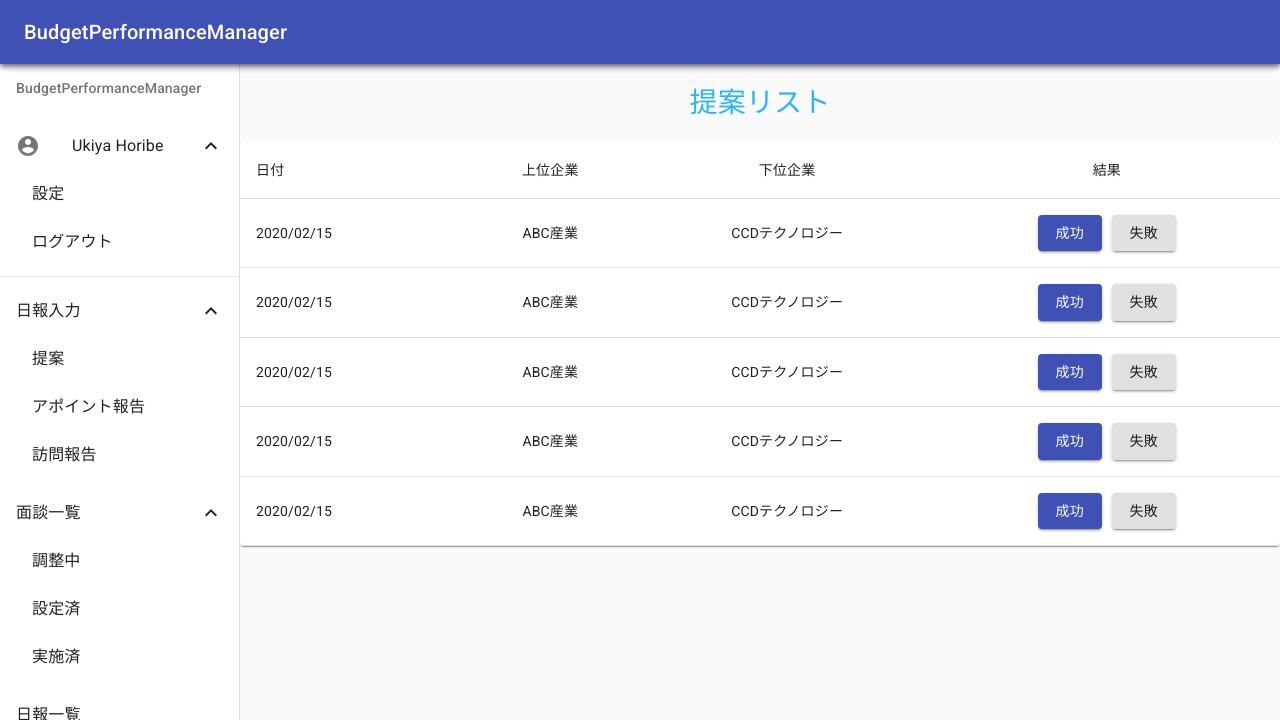
Repository: ukiyah/test
Page: /table2 (app in src/)
These files come from the project's save history. The page is drawn as it stood at one moment and after the next save; the edit follows.
The browser window is 1280 px wide. The pictures show the whole page.
The project was rebuilt for these pictures with package versions that can differ from the ones it lists, and the page was loaded fresh each time. Also part of the build but not shown: src/Title.js, src/Chart.js, src/Deposits.js, src/Orders.js, src/Dashboard.js.

Above is the page before, as saved 2020-02-25 16:08:29.

### src/index.css
body {
  margin: 0;
  font-family: -apple-system, BlinkMacSystemFont, 'Segoe UI', 'Roboto', 'Oxygen',
    'Ubuntu', 'Cantarell', 'Fira Sans', 'Droid Sans', 'Helvetica Neue',
    sans-serif;
  -webkit-font-smoothing: antialiased;
  -moz-osx-font-smoothing: grayscale;
}

code {
  font-family: source-code-pro, Menlo, Monaco, Consolas, 'Courier New',
    monospace;
}

.button {
  color: #000;
}

h1 {
  text-align: center;
  color:#29B6F6;
  font-weight: normal;
}

### src/App.js
import React from 'react';
import 'typeface-roboto';
import {
  BrowserRouter,
  Route
} from "react-router-dom";
import Table2 from "./Table2";
import Dashboard from "./Dashboard";


class App extends React.Component{

  render() {
    return (
      <div>

        <BrowserRouter>
          <div>
            <Route exact path="/" component={Dashboard} />
            <Route path="/table2" component={Table2} />
          </div>
        </BrowserRouter>
        {/* <ClippedDrawer /> */}
      </div>
    );
  }

}

export default App;

### src/Table2.js
import React from 'react';
import clsx from 'clsx';
import { makeStyles } from '@material-ui/core/styles';
import CssBaseline from '@material-ui/core/CssBaseline';
import Box from '@material-ui/core/Box';

import Typography from '@material-ui/core/Typography';

import Container from '@material-ui/core/Container';
import Grid from '@material-ui/core/Grid';
import Paper from '@material-ui/core/Paper';
import Link from '@material-ui/core/Link';
import Chart from './Chart';
import Deposits from './Deposits';
import Orders from './Orders';
import InfoIcon from '@material-ui/icons/Info';
import WarningIcon from '@material-ui/icons/Warning';
import HelpIcon from '@material-ui/icons/Help';
import { yellow } from '@material-ui/core/colors';
import Drawer from "./Drawer";
import Table from "./Table";



const drawerWidth = 240;

const useStyles = makeStyles(theme => ({
  root: {
    display: 'flex',
  },








  appBarSpacer: theme.mixins.toolbar,
  content: {
    flexGrow: 1,
    height: '100vh',
    overflow: 'auto',
  },


}));

export default function Dashboard() {
  const classes = useStyles();

  return (
    <div className={classes.root}>
      <CssBaseline />
      <Drawer />
      <main className={classes.content}>
        <div className={classes.appBarSpacer} />
        <h1>提案リスト</h1>
        <Table />
      </main>
    </div>
  );
}

### src/Drawer.js
import React from 'react';
import { makeStyles } from '@material-ui/core/styles';
import Drawer from '@material-ui/core/Drawer';
import AppBar from '@material-ui/core/AppBar';
import CssBaseline from '@material-ui/core/CssBaseline';
import Toolbar from '@material-ui/core/Toolbar';
import Typography from '@material-ui/core/Typography';
import SimpleTable from "./Table";
import NestedList from "./NestedList";
const drawerWidth = 240;

const useStyles = makeStyles(theme => ({
  root: {
    display: 'flex',
  },
  appBar: {
    zIndex: theme.zIndex.drawer + 1,
  },
  drawer: {
    width: drawerWidth,
    flexShrink: 0,
  },
  drawerPaper: {
    width: drawerWidth,
  },
  content: {
    flexGrow: 1,
    padding: theme.spacing(3),
  },
  toolbar: theme.mixins.toolbar,
}));

export default function ClippedDrawer() {
  const classes = useStyles();

  return (
    <div className={classes.root}>
      <CssBaseline />
      <AppBar position="fixed" className={classes.appBar}>
        <Toolbar>
          <Typography variant="h6" noWrap>
            BudgetPerformanceManager
          </Typography>
        </Toolbar>
      </AppBar>
      <Drawer
        className={classes.drawer}
        variant="permanent"
        classes={{
          paper: classes.drawerPaper,
        }}
      >
        <div className={classes.toolbar} />
        <NestedList />
      </Drawer>

    </div>
  );
}

### src/Table.js
import React from 'react';
import { makeStyles } from '@material-ui/core/styles';
import Table from '@material-ui/core/Table';
import TableBody from '@material-ui/core/TableBody';
import TableCell from '@material-ui/core/TableCell';
import TableContainer from '@material-ui/core/TableContainer';
import TableHead from '@material-ui/core/TableHead';
import TableRow from '@material-ui/core/TableRow';
import Paper from '@material-ui/core/Paper';
import ContainedButtons from "./Button";
import Button from '@material-ui/core/Button';
import Drawer from "./Drawer";

const useStyles = makeStyles({
  table: {
    minWidth: 650,
  },
});

function createData(name, calories, fat) {
  return { name, calories, fat};
}

const rows = [
  createData('2020/02/15', 'ABC産業', 'CCDテクノロジー'),
  createData('2020/02/15', 'ABC産業', 'CCDテクノロジー'),
  createData('2020/02/15', 'ABC産業', 'CCDテクノロジー'),
  createData('2020/02/15', 'ABC産業', 'CCDテクノロジー'),
  createData('2020/02/15', 'ABC産業', 'CCDテクノロジー'),
];

export default function SimpleTable() {
  const classes = useStyles();

  return (
    <div>
      <Drawer />
      <TableContainer component={Paper}>
        <Table className={classes.table} aria-label="simple table">
          <TableHead>
            <TableRow>
              <TableCell>日付</TableCell>
              <TableCell align="center">上位企業</TableCell>
              <TableCell align="center">下位企業</TableCell>
              <TableCell align="center">結果</TableCell>
            </TableRow>
          </TableHead>
          <TableBody>
            {rows.map(row => (
              <TableRow key={row.name}>
                <TableCell component="th" scope="row">
                  {row.name}
                </TableCell>
                <TableCell align="center">{row.calories}</TableCell>
                <TableCell align="center">{row.fat}</TableCell>

                <TableCell align="center">
                  <ContainedButtons name="成功"></ContainedButtons>
                  {/* <Button className="button" variant="contained" color="primary" variant="contained" color="primary" disableElevation>成功</Button> */}
                  <Button variant="contained" style={{marginLeft: 10}}>失敗</Button>
                </TableCell>
              </TableRow>
            ))}
          </TableBody>
        </Table>
      </TableContainer>
    </div>

  );
}

### src/Button.js
import React from 'react';
import { makeStyles } from '@material-ui/core/styles';
import Button from '@material-ui/core/Button';

const useStyles = makeStyles(theme => ({
  root: {
    '& > *': {
      marginLeft: 5 ,

    },
  },
}));
//いろんなボタンが用意されてるけど1つのボタンだけ使う。
export default function ContainedButtons(props) {
  const classes = useStyles();

  return (
    // <div className={classes.root}>
    //   {/* <Button variant="contained">Default</Button>
    //   <Button variant="contained" color="primary">
    //     Primary
    //   </Button>
    //   <Button variant="contained" color="secondary">
    //     Secondary
    //   </Button>
    //   <Button variant="contained" disabled>
    //     Disabled
    //   </Button> */}
      <Button variant="contained" color="primary" href="#contained-buttons">
        {props.name}
      </Button>
    // </div>
  );
}

### src/NestedList.js
import React from 'react';
import { makeStyles } from '@material-ui/core/styles';
import ListSubheader from '@material-ui/core/ListSubheader';
import List from '@material-ui/core/List';
import ListItem from '@material-ui/core/ListItem';
import ListItemIcon from '@material-ui/core/ListItemIcon';
import ListItemText from '@material-ui/core/ListItemText';
import Collapse from '@material-ui/core/Collapse';
import InboxIcon from '@material-ui/icons/MoveToInbox';
import DraftsIcon from '@material-ui/icons/Drafts';
import SendIcon from '@material-ui/icons/Send';
import ExpandLess from '@material-ui/icons/ExpandLess';
import ExpandMore from '@material-ui/icons/ExpandMore';
import StarBorder from '@material-ui/icons/StarBorder';
import AccountCircle from '@material-ui/icons/AccountCircle';
import Divider from '@material-ui/core/Divider';
import Link from '@material-ui/core/Link';
const useStyles = makeStyles(theme => ({
  root: {
    width: '100%',
    maxWidth: 360,
    backgroundColor: theme.palette.background.paper,
  },
  nested: {
    paddingLeft: theme.spacing(4),
  },
}));

export default function NestedList() {
  const classes = useStyles();
  const [open1, setOpen1] = React.useState(true);
  const [open2, setOpen2] = React.useState(true);
  const [open3, setOpen3] = React.useState(true);
  const [open4, setOpen4] = React.useState(true);

  const handleClick1 = () => {
    setOpen1(!open1);
  };
  const handleClick2 = () => {
    setOpen2(!open2);
  };
  const handleClick3 = () => {
    setOpen3(!open3);
  };
  const handleClick4 = () => {
    setOpen4(!open4);
  };
  return (
    <List
      component="nav"
      aria-labelledby="nested-list-subheader"
      subheader={
        <ListSubheader component="div" id="nested-list-subheader">
          BudgetPerformanceManager
        </ListSubheader>
      }
      className={classes.root}
    >
    <div style={{marginTop: 10, marginBottom: 10}}>
      <ListItem button onClick={handleClick1}>
        <ListItemIcon>
          <AccountCircle />
        </ListItemIcon>
        <ListItemText primary="Ukiya Horibe" />
        {open1 ? <ExpandLess /> : <ExpandMore />}
      </ListItem>
      <Collapse in={open1} timeout="auto" unmountOnExit>
        <List component="div" disablePadding>
          <ListItem button className={classes.nested}>
            {/* <ListItemIcon>
              <StarBorder />
            </ListItemIcon> */}
            <ListItemText primary="設定" />
          </ListItem>
          <ListItem button className={classes.nested}>
            <ListItemText primary="ログアウト" />
          </ListItem>
        </List>
      </Collapse>
    </div>
    <Divider light/>
    <div style={{marginTop: 10}}>
      <ListItem button onClick={handleClick2}>
        <ListItemText primary="日報入力" />
        {open2 ? <ExpandLess /> : <ExpandMore />}
      </ListItem>
      <Collapse in={open2} timeout="auto" unmountOnExit>
        <List component="div" disablePadding>
          <ListItem button className={classes.nested}>
            <ListItemText primary="提案" />
          </ListItem>
          <ListItem button className={classes.nested}>
            <ListItemText primary="アポイント報告" />
          </ListItem>
          <ListItem button className={classes.nested}>
            <ListItemText primary="訪問報告" />
          </ListItem>
        </List>
      </Collapse>
    </div>
    <div style={{marginTop: 10}}>
      <ListItem button onClick={handleClick3}>
        <ListItemText primary="面談一覧" />
        {open3 ? <ExpandLess /> : <ExpandMore />}
      </ListItem>
      <Collapse in={open3} timeout="auto" unmountOnExit>
        <List component="div" disablePadding>
          <ListItem button className={classes.nested}>
            <ListItemText primary="調整中" />
          </ListItem>
          <ListItem button className={classes.nested}>
            <ListItemText primary="設定済" />
          </ListItem>
          <ListItem button className={classes.nested}>
            <ListItemText primary="実施済" />
          </ListItem>
        </List>
      </Collapse>
    </div>
    <div style={{marginTop: 10}}>
      <ListItem button>
        <ListItemText primary="日報一覧" />
      </ListItem>
    </div>
    <div style={{marginTop: 10}}>
      <ListItem button onClick={handleClick4}>
        <ListItemText primary="その他の一覧" />

        {open4 ? <ExpandLess /> : <ExpandMore />}
      </ListItem>
      <Collapse in={open4} timeout="auto" unmountOnExit>
        <List component="div" disablePadding>
          <ListItem button className={classes.nested}>
          <Link href="/table2" >
            <ListItemText primary="提案" />
          </Link>

          </ListItem>
          <ListItem button className={classes.nested}>
            <ListItemText primary="成約" />
          </ListItem>
          <ListItem button className={classes.nested}>
            <ListItemText primary="架電報告" />
          </ListItem>
        </List>
      </Collapse>
    </div>
    </List>
  );
}

Loaded but not shown: src/index.js (common file); src/serviceWorker.js (common file)

After the next save:
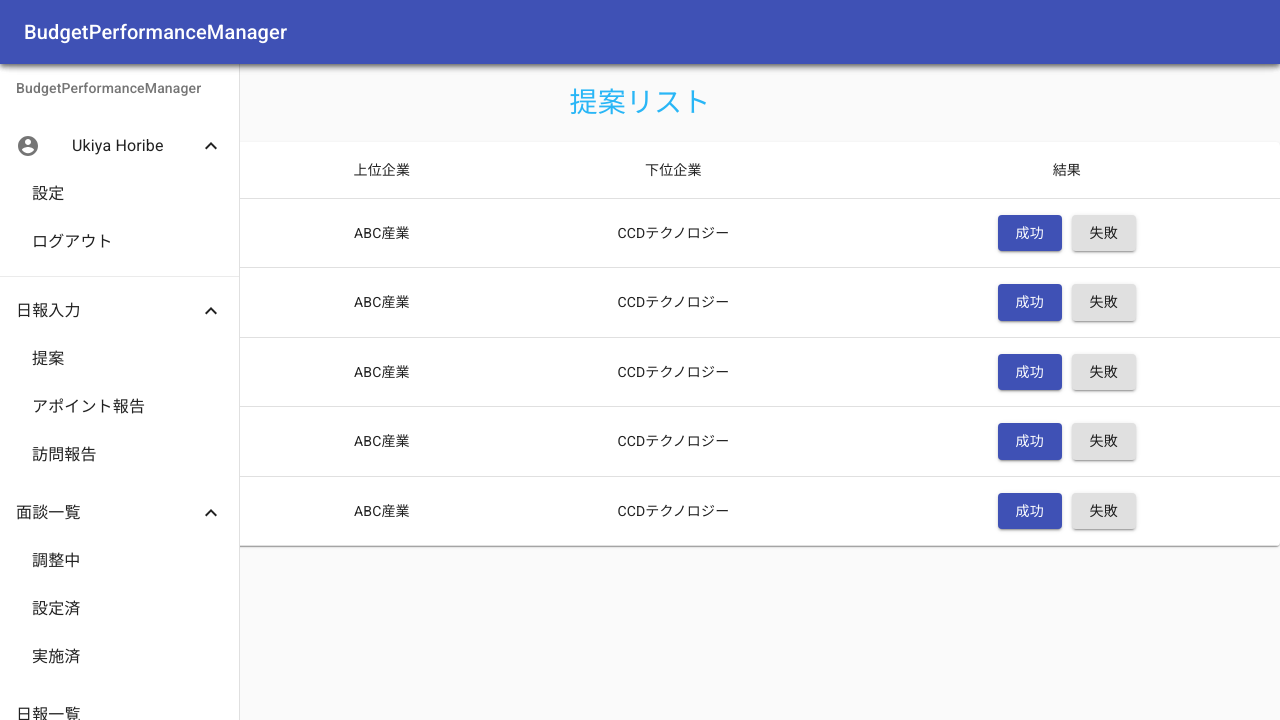
Saved 9 s later.
--- a/src/Table2.js
+++ b/src/Table2.js
@@ -25,9 +25,7 @@
 const drawerWidth = 240;
 
 const useStyles = makeStyles(theme => ({
-  root: {
-    display: 'flex',
-  },
+
 
 
 

After the save that followed:
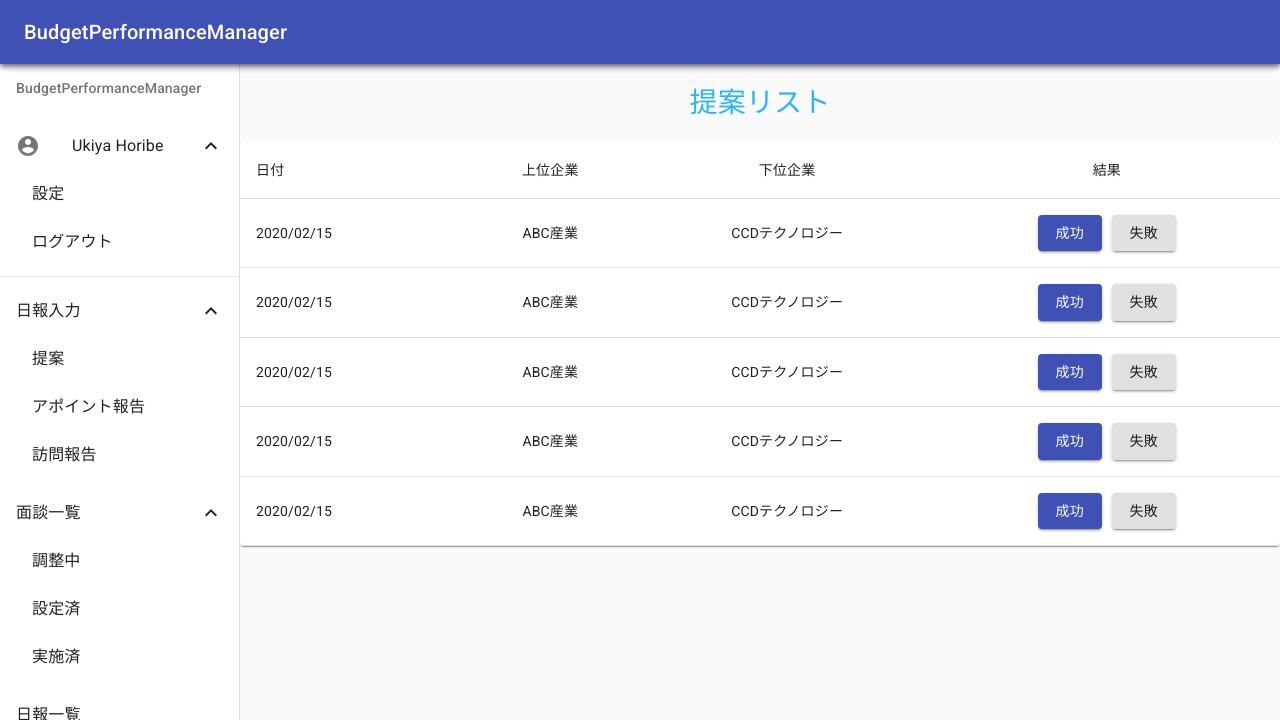
Saved 9 s later.
--- a/src/Table2.js
+++ b/src/Table2.js
@@ -25,7 +25,9 @@
 const drawerWidth = 240;
 
 const useStyles = makeStyles(theme => ({
-
+  root: {
+    display: 'flex',
+  },
 
 
 
